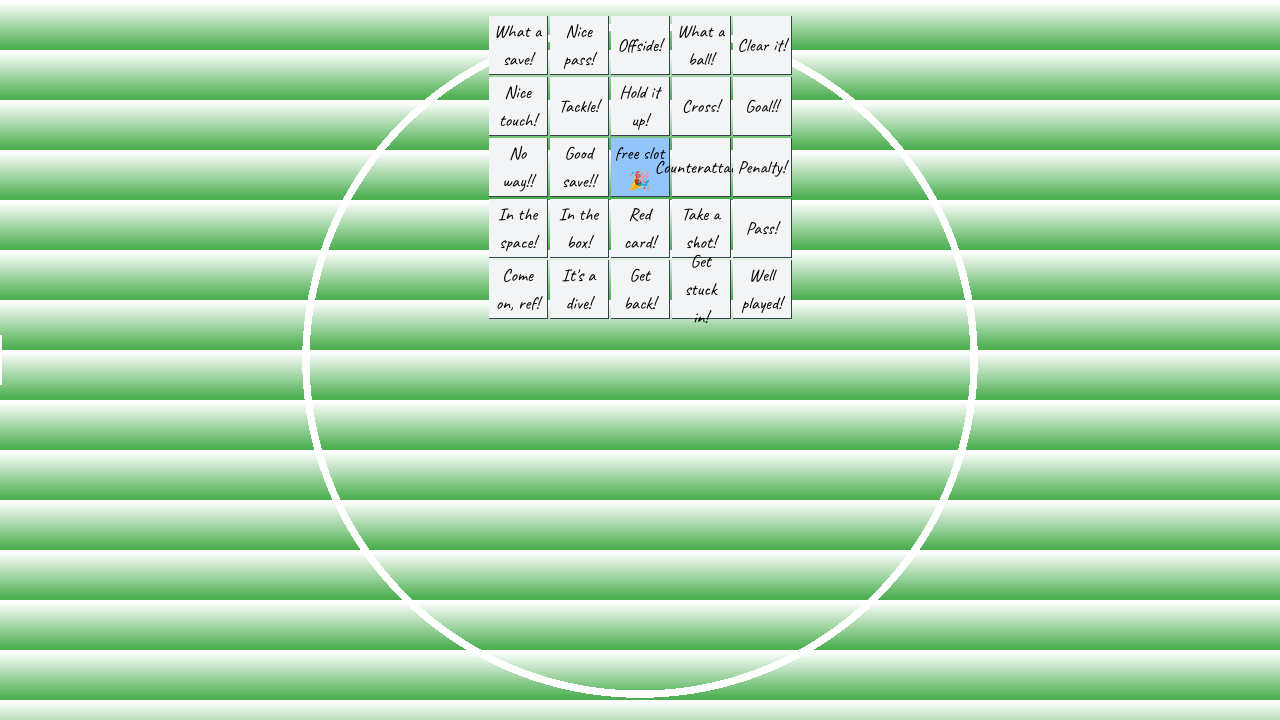
Repository: yassirbn/football-bingo
Page: /
An editor plug-in stored every save of this project. The page is shown before and after the next save, followed by the edit.
The browser window is 1280 px wide. The pictures show the whole page.
The project was rebuilt for these pictures with package versions that can differ from the ones it lists, and the page was loaded fresh each time.

Above is the page before, as saved 2024-11-27 13:16:56.

After the next save:
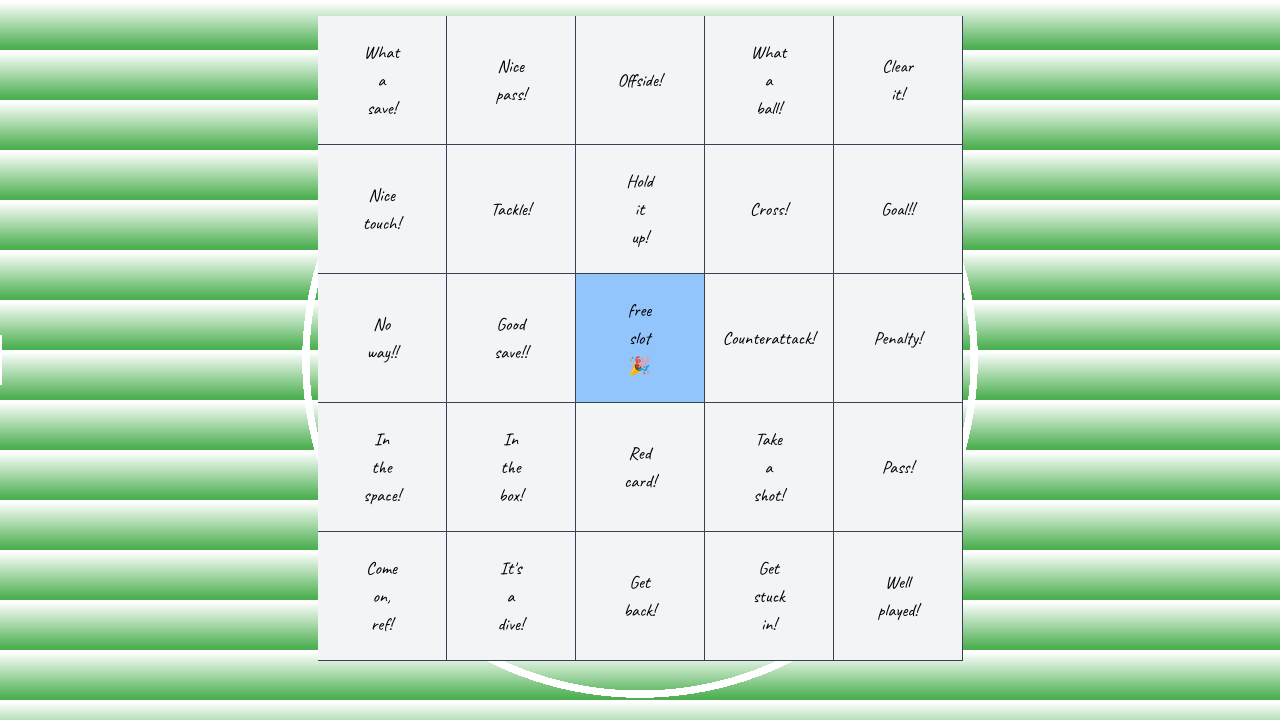
Saved 23 s later.
--- a/src/component/BingoGrid/BingoGrid.js
+++ b/src/component/BingoGrid/BingoGrid.js
@@ -94,7 +94,7 @@ const BingoGrid = ({ words }) => {
 
       {/* Bingo Grid */}
       <div
-        className="grid gap-0.5"
+        className="grid"
         style={{
           gridTemplateColumns: `repeat(${gridSize}, 1fr)`,
         }}
@@ -102,7 +102,7 @@ const BingoGrid = ({ words }) => {
         {gridWords.map((word, index) => (
           <div
             key={index}
-            className={`flex items-center justify-center border-b border-r border-gray-700 text-center font-medium aspect-square p-1
+            className={`flex items-center justify-center border-b border-r border-gray-700 text-center font-medium aspect-square
               ${selectedCells[index] ? "bg-blue-300 text-white" : "bg-gray-100 hover:bg-blue-200 cursor-pointer"}
               ${word === "FREE SPACE" ? "cursor-default" : ""}`}
             onClick={() => handleCellClick(index)}
@@ -110,7 +110,7 @@ const BingoGrid = ({ words }) => {
             <div
               className={`${
                 selectedCells[index] ? "bg-blue-300 text-white" : "bg-transparent"
-              } flex items-center justify-center`}
+              } flex items-center justify-center py-3 px-6 sm:py-4 sm:px-8 md:py-6 md:px-12 lg:py-8 lg:px-16`}
               style={{
                 width: "50px", // Adjusted for mobile/tablet responsiveness
                 height: "50px", // Adjusted for mobile/tablet responsiveness
